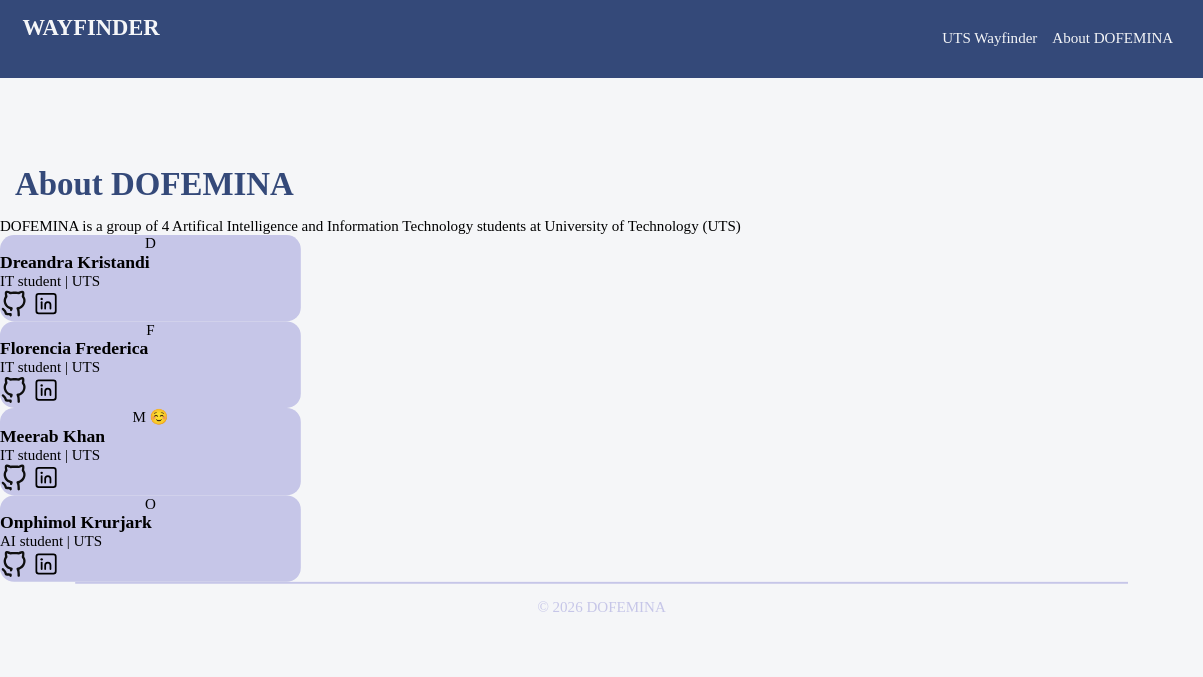
Repository: Meerab-K/uts-wayfinder
Page: html/about.html
An editor plug-in stored every save of this project. The page is shown before and after the next save, followed by the edit.
The browser window is 1280 px wide. The pictures show the whole page, at 94% of full size.
Some web fonts or font styles are not loaded; a fallback is used.

Above is the page before, as saved 2026-10-19 20:16:26.

After the next save:
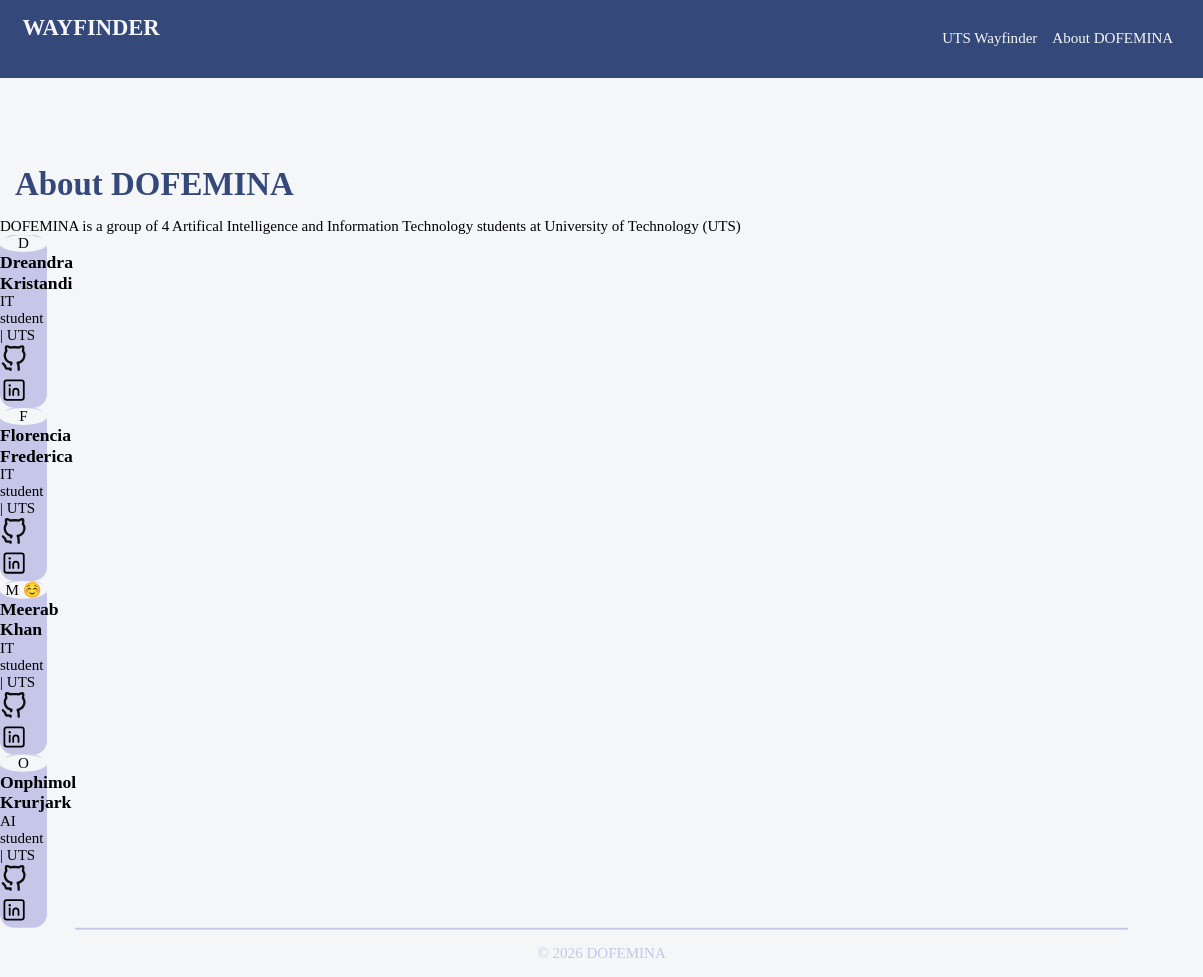
Saved 11 s later.
--- a/css/about.css
+++ b/css/about.css
@@ -1,13 +1,13 @@
 .card-holder {
     background-color: var(--highlight-purple);
-    width: 25%;
+    width: 50px;
     border-radius: 15px;
 }
 
 .profile {
     text-align: center;
     border-radius: 50%;
-    background-color: var(--)
+    background-color: var(--background-color);
 }
 
 .name {
